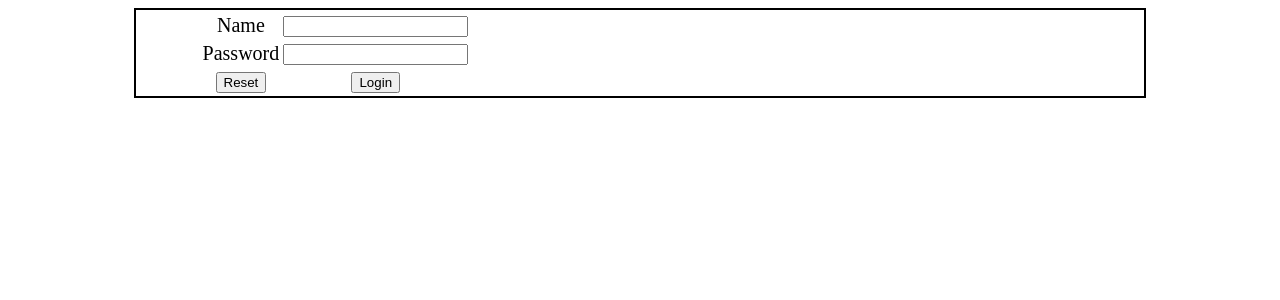
Repository: jks2127/SMS-webApp
Page: sms 1.2/WebContent/index.html
An editor plug-in stored every save of this project. The page is shown before and after the next save, followed by the edit.
The browser window is 1280 px wide. The pictures show the whole page.

Above is the page before, as saved 2021-06-11 12:01:52.

After the next save:
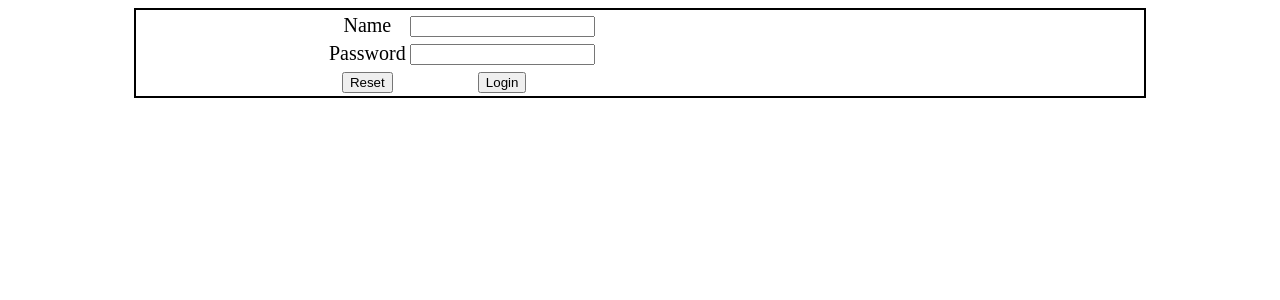
Saved 19 s later.
--- a/sms 1.2/WebContent/index.html
+++ b/sms 1.2/WebContent/index.html
@@ -9,8 +9,8 @@
 		margin-left:10%;
 		margin-right:10%;
 		border:2px solid black;
-		padding-left:5%;
-		padding-right:5%;
+		padding-left:15%;
+		padding-right:15%;
 		}
 
 		#body form{
